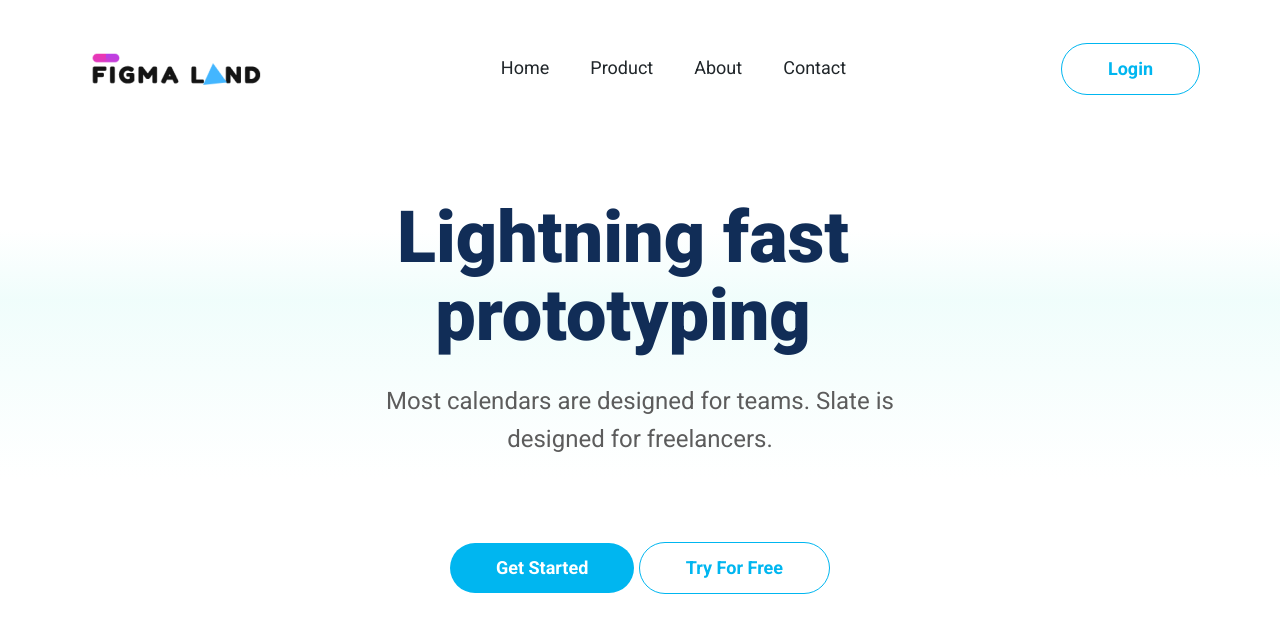
Repository: tungcutte35/Figma-Land
Page: sass/index.html
These files come from the project's save history. The page is drawn as it stood at one moment and after the next save; the edit follows.
The browser window is 1280 px wide. The pictures show the whole page.
The style sheet was rebuilt from its Sass, Less or Tailwind sources for each picture, by a compiler version that may differ from the author's.

Above is the page before, as saved 2021-10-23 16:16:49.

After the next save:
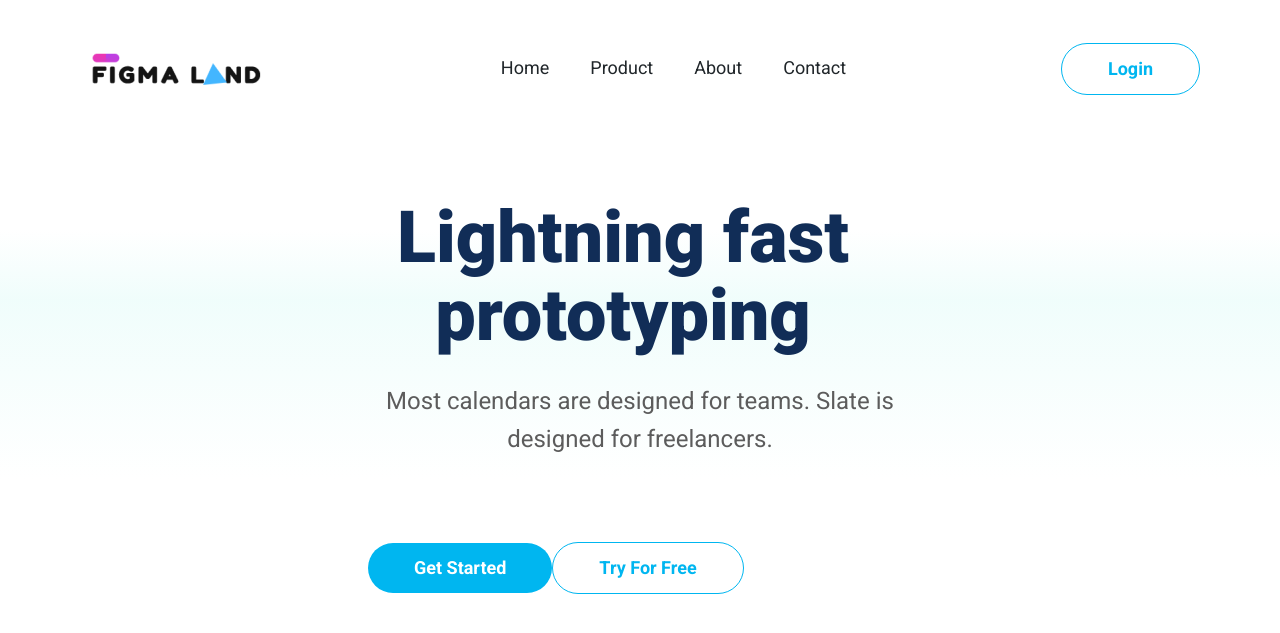
Saved 80 s later.
--- a/sass/_lightning.scss
+++ b/sass/_lightning.scss
@@ -27,4 +27,8 @@
     max-width: 544px;
     margin-bottom: 84px;
   }
+  &-button {
+    display: flex;
+    align-items: center;
+  }
 }
